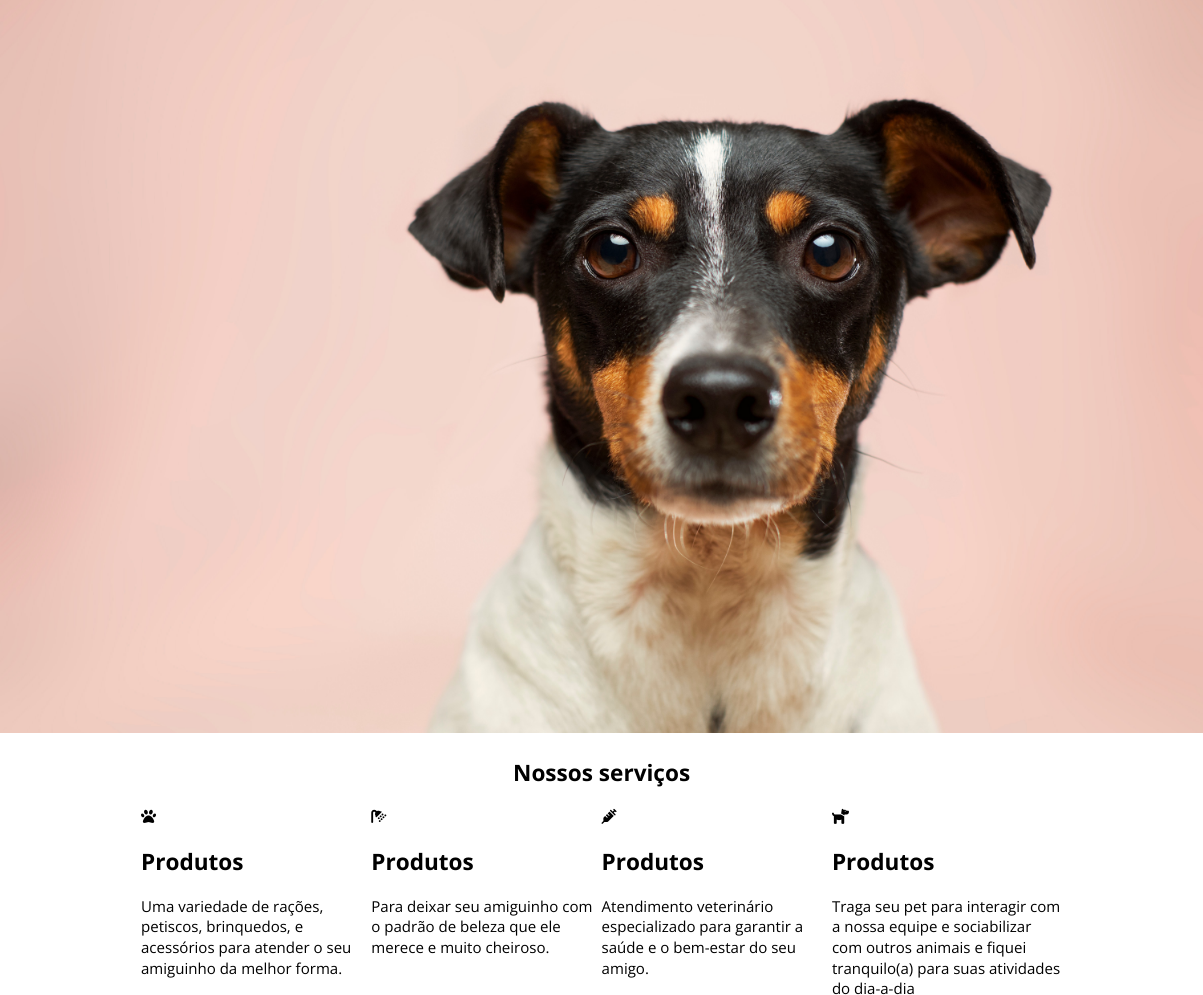
Repository: Carolden/ProhetoPetShop
Page: index.html
An editor plug-in stored every save of this project. The page is shown before and after the next save, followed by the edit.
The browser window is 1280 px wide. The pictures show the part of the page from y = 270 to 1329 px (the page is 2863 px tall), at 94% of full size.
A picture or video elsewhere on the page could not be fetched, so the positions and the page height are approximate.

Above is the page before, as saved 2023-04-28 10:28:07.

After the next save:
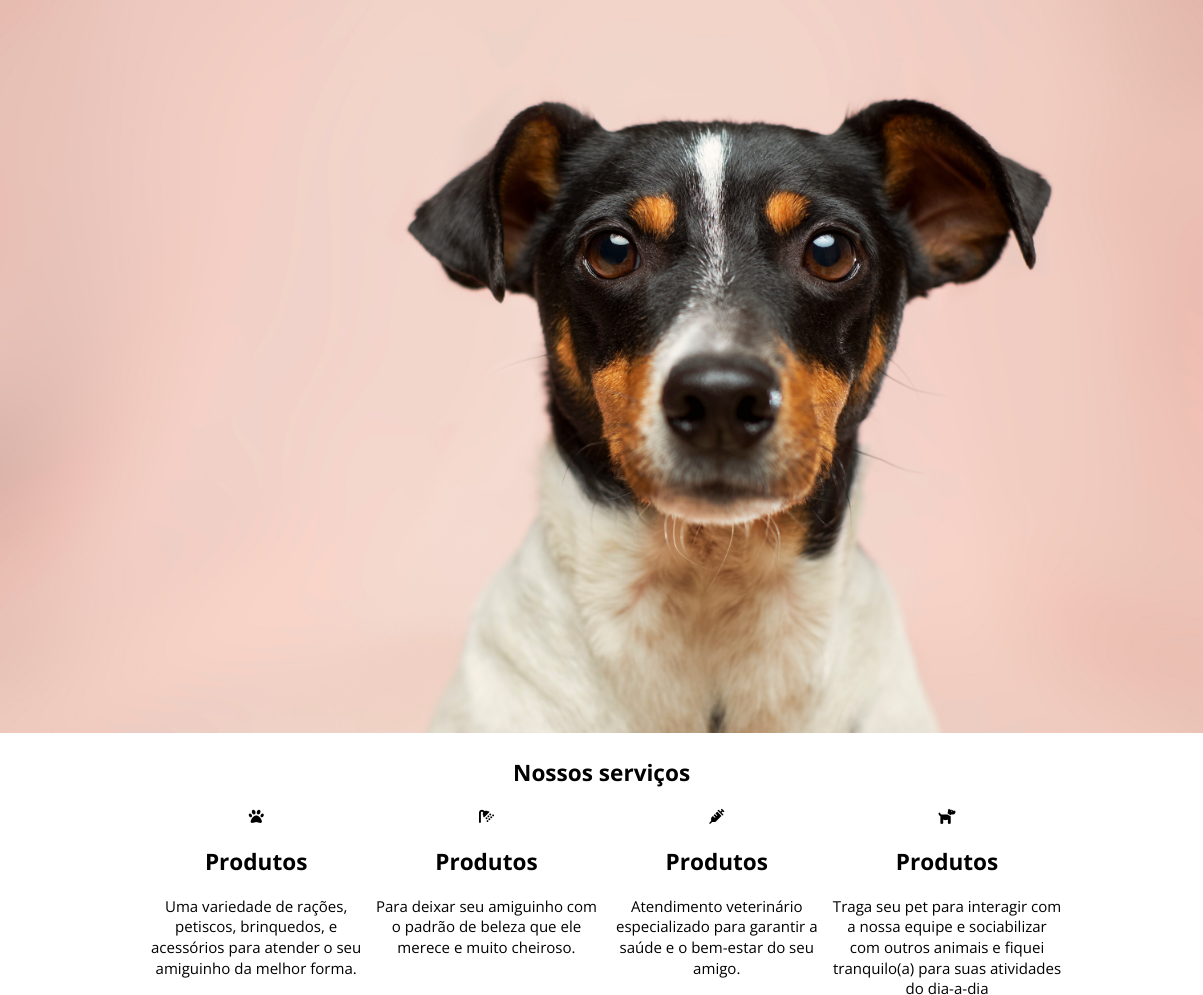
Saved 20 s later.
--- a/index.css
+++ b/index.css
@@ -61,7 +61,7 @@ a:hover {
 
 .servicescolumn {
     width: 25%;
-    align-items: center;
+    text-align: center;
     height: auto;
 }
 
